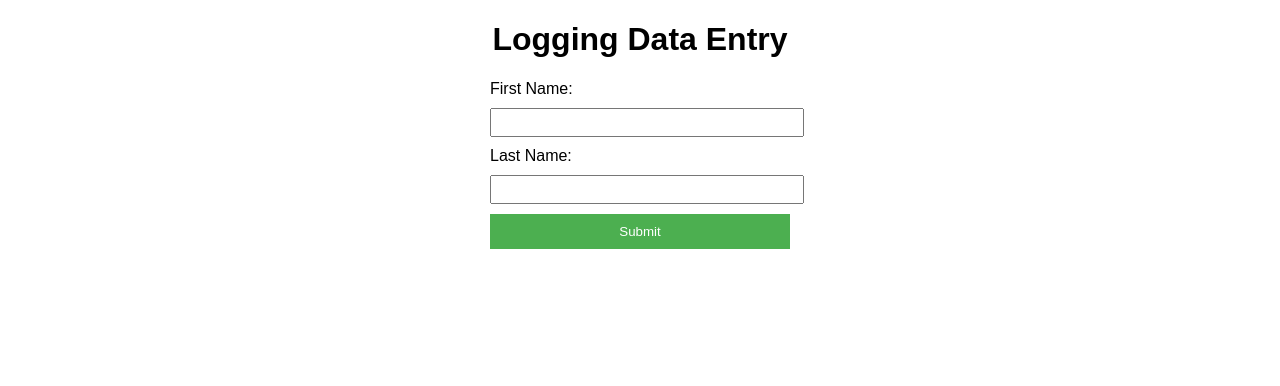
Repository: Nixon120/Python-API-MYSQL
Page: http://localhost/
These files come from the project's save history. The page is drawn as it stood at one moment and after the next save; the edit follows.
The browser window is 1280 px wide. The pictures show the whole page.
The page is served by the project's application, run on Flask 3 (app.py).

Above is the page before, as saved 2023-06-18 17:22:26.

After the next save:
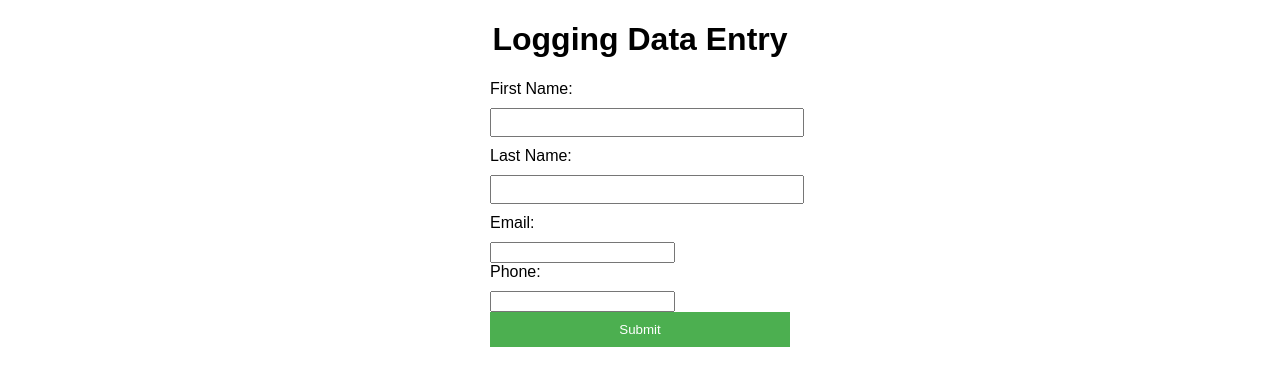
Saved 66 min 38 s later.
--- a/templates/index.html
+++ b/templates/index.html
@@ -11,6 +11,10 @@
     <input type="text" id="first_name" name="first_name" required>
     <label for="last_name">Last Name:</label>
     <input type="text" id="last_name" name="last_name" required>
+    <label for="email">Email:</label>
+    <input type="email" id="email" name="email" required>
+    <label for="phone">Phone:</label>
+    <input type="tel" id="phone" name="phone" required>
     <input type="submit" value="Submit">
   </form>
 </body>
